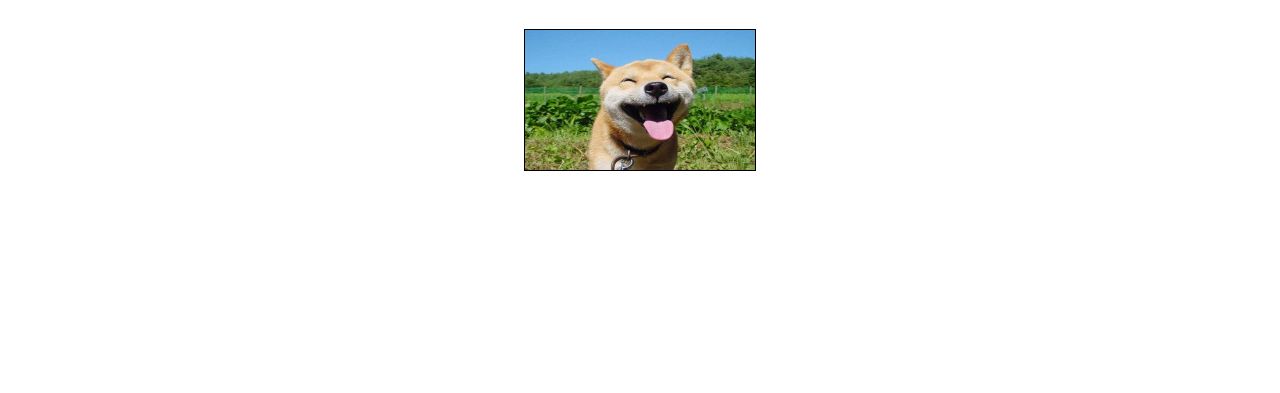
Repository: taoxiaofeng/hello-javascript
Page: master-class/position.html
An editor plug-in stored every save of this project. The page is shown before and after the next save, followed by the edit.
The browser window is 1280 px wide. The pictures show the whole page.

Above is the page before, as saved 2024-07-29 22:42:55.

After the next save:
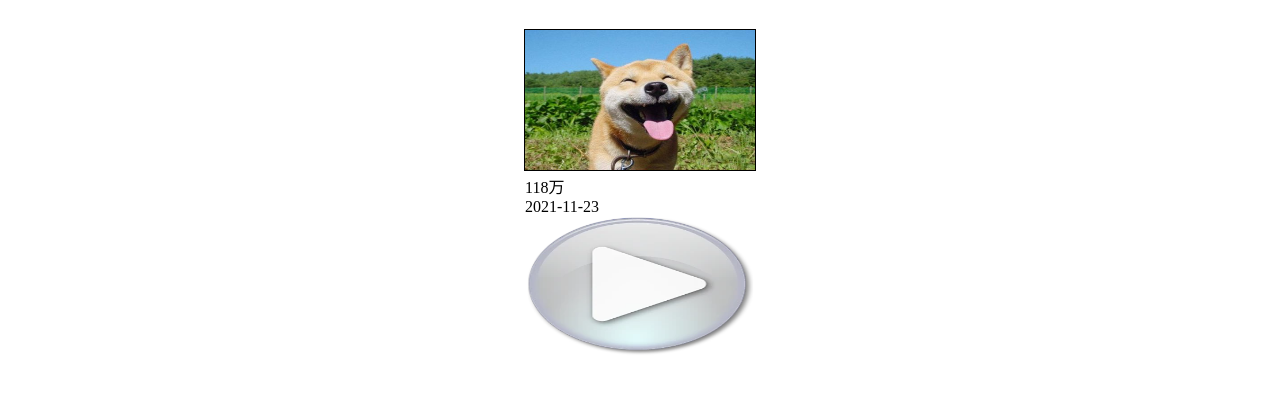
Saved 110 s later.
--- a/master-class/position.html
+++ b/master-class/position.html
@@ -87,6 +87,15 @@
     <a href="">
       <img src="./images/dog.jpg" alt="">
     </a>
+    <div class="aside">
+      <div class="number">118万</div>
+      <div class="date">2021-11-23</div>
+    </div>
+    <div class="modal">
+      <a href="" class="play">
+        <img src="./images/play.webp" alt="">
+      </a>
+    </div>
   </div>
 </body>
 
